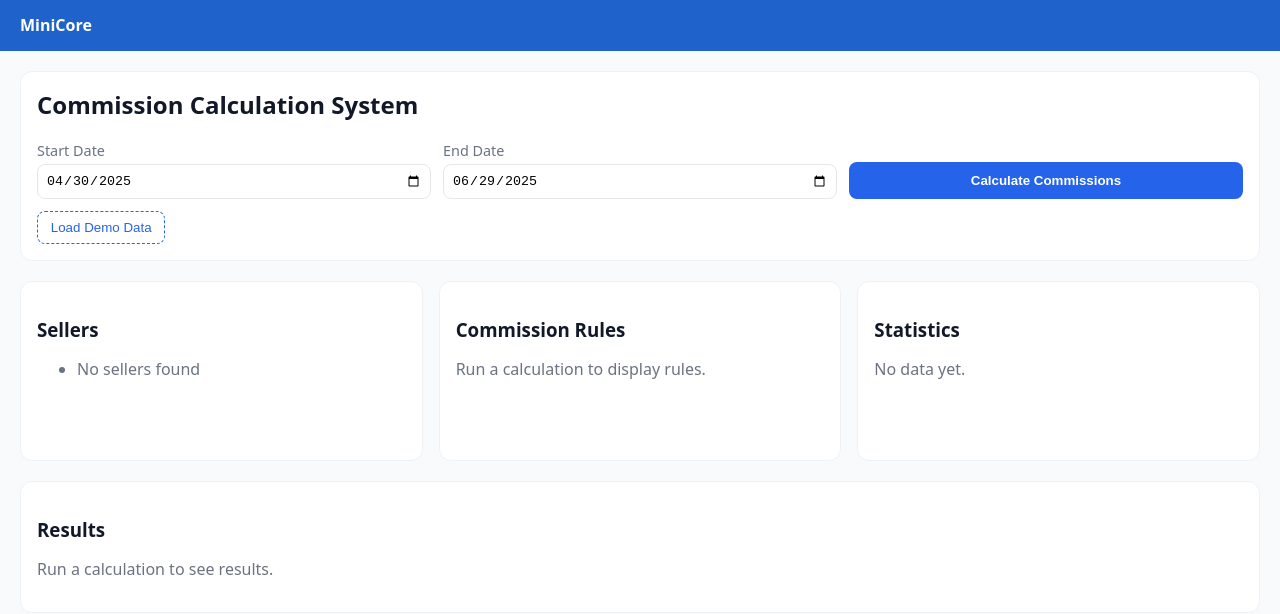
Repository: byPronox/commission-calculation-system
Page: / (app in frontend/)
An editor plug-in stored every save of this project. The page is shown before and after the next save, followed by the edit.
The browser window is 1280 px wide. The pictures show the whole page.
The page's requests for data from a server got no answer. The project was rebuilt for these pictures with package versions that can differ from the ones it lists, and the page was loaded fresh each time. No one was signed in, and anything a server would have sent is missing. Also part of the build but not shown: frontend/vite.config.ts.

Above is the page before, as saved 2025-10-19 16:26:14.

After the next save:
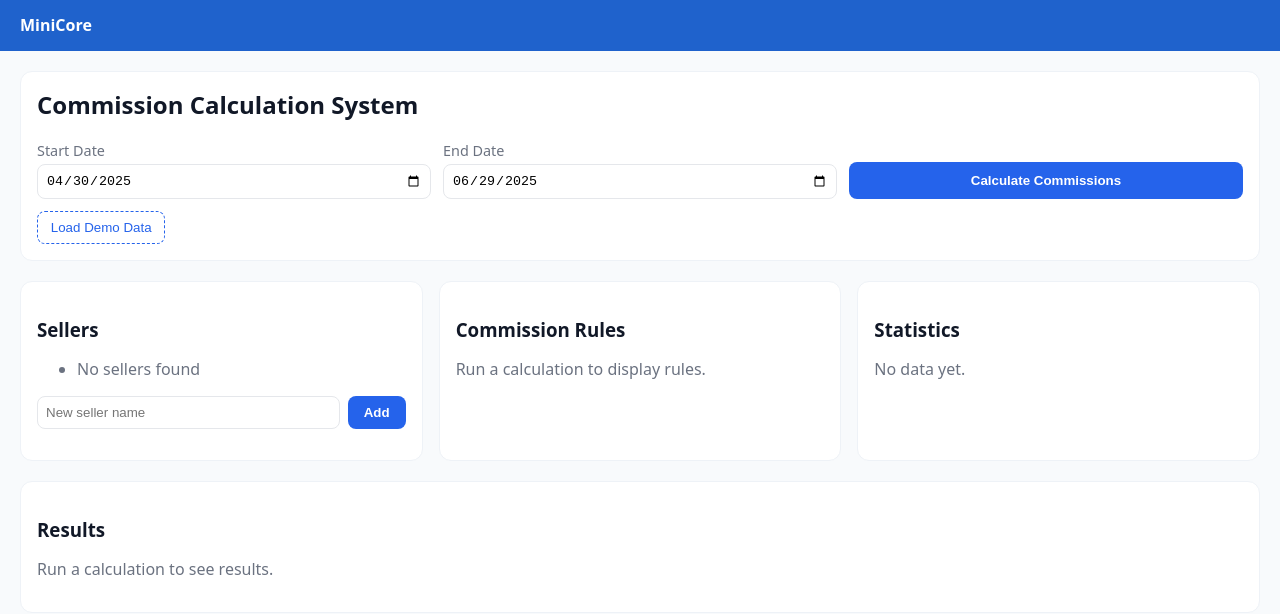
Saved 10 s later.
--- a/frontend/src/components/SellersList/SellersList.jsx
+++ b/frontend/src/components/SellersList/SellersList.jsx
@@ -1,15 +1,20 @@
+import AddSeller from "../AddSeller/AddSeller";
 import "./SellersList.scss";
 
-export default function SellersList({ sellers = [] }) {
+export default function SellersList({ sellers = [], onRefresh }) {
   return (
     <section className="sellers">
       <h3 className="sellers__title">Sellers</h3>
+
       <ul className="sellers__list">
         {sellers.length === 0 && <li className="sellers__empty">No sellers found</li>}
         {sellers.map((s) => (
           <li key={s.id} className="sellers__item">{s.name}</li>
         ))}
       </ul>
+
+      {/* new form */}
+      <AddSeller onSellerAdded={onRefresh} />
     </section>
   );
 }
